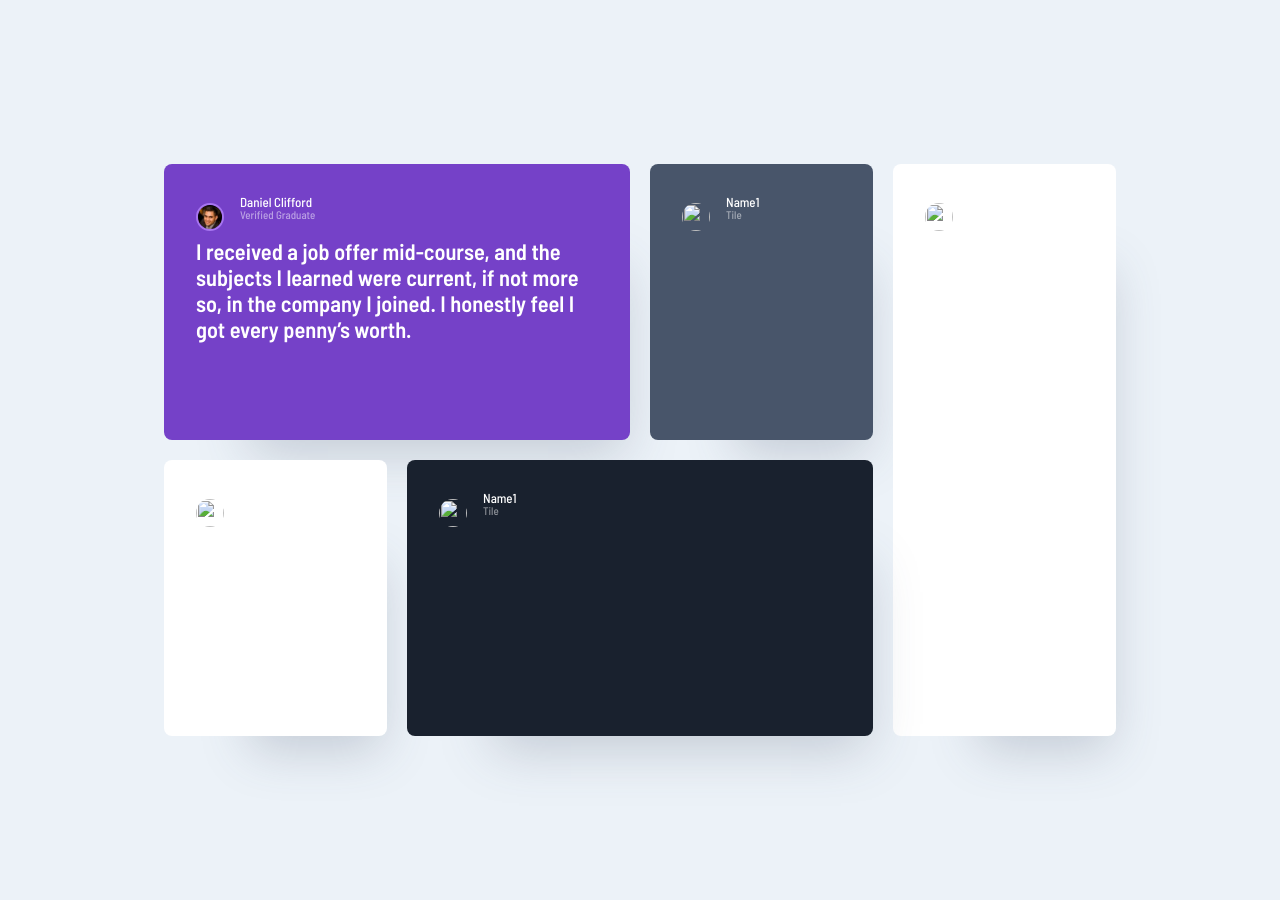
Repository: brandontaylor1/testimonial-card
Page: index.html
An editor plug-in stored every save of this project. The page is shown before and after the next save, followed by the edit.
The browser window is 1280 px wide. The pictures show the whole page.

Above is the page before, as saved 2025-01-10 23:56:07.

After the next save:
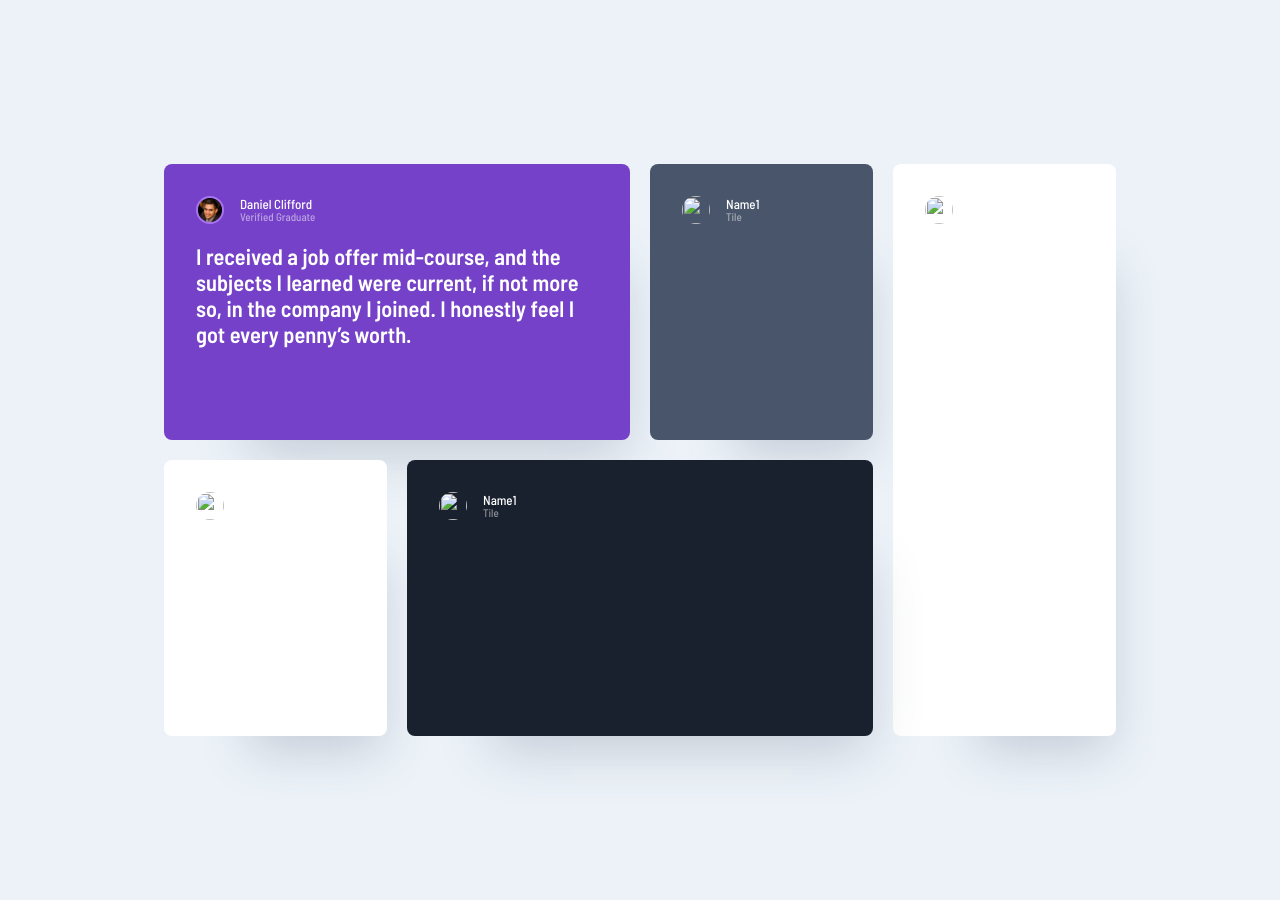
Saved 30 s later.
--- a/styles.css
+++ b/styles.css
@@ -64,7 +64,6 @@ body {
     font-weight: 500;
     line-height: 11px; /* 100% */
     opacity: 0.5;
-    margin-bottom: 18px;
 }
 
 .profile-img {
@@ -79,6 +78,7 @@ body {
     font-style: normal;
     font-weight: 600;
     line-height: normal;
+    margin-top: 1.2rem;
 }
 
 .purple {
